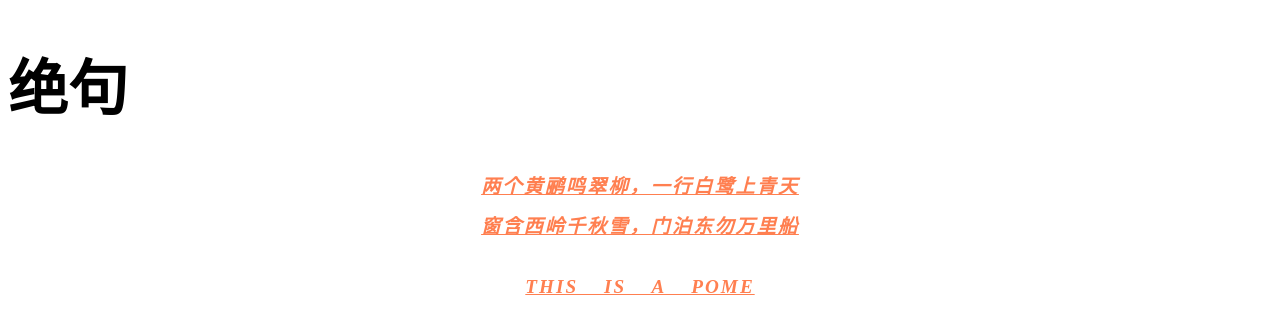
Repository: ljx1197678031/Wed-Design
Page: 01/3.html
An editor plug-in stored every save of this project. The page is shown before and after the next save, followed by the edit.
The browser window is 1280 px wide. The pictures show the whole page.

Above is the page before, as saved 2020-06-01 22:47:38.

After the next save:
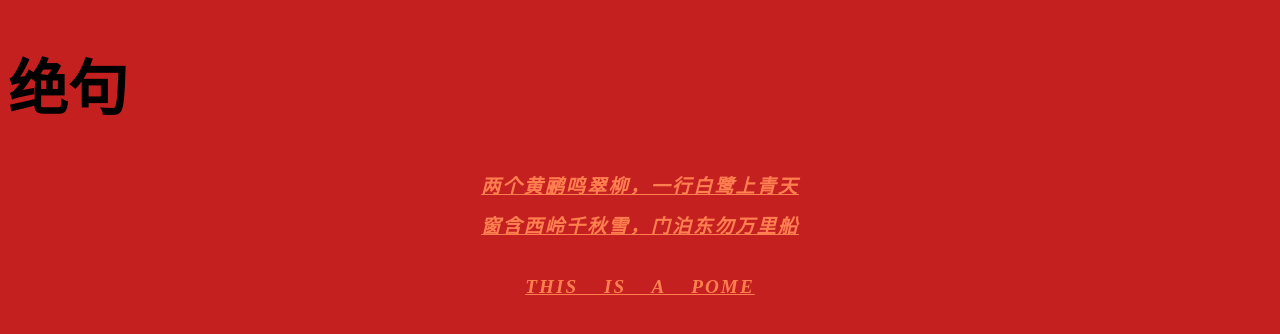
Saved 5 s later.
--- a/01/3.html
+++ b/01/3.html
@@ -21,7 +21,7 @@
             text-align: center;
             text-transform: uppercase;
             line-height: 40px;
-            /*background-image: url(../img/1.jpg);
+            /*background-image: url(../img/1.jpg);*/
         }
         body{
             background-color:rgb(197, 32, 32);
